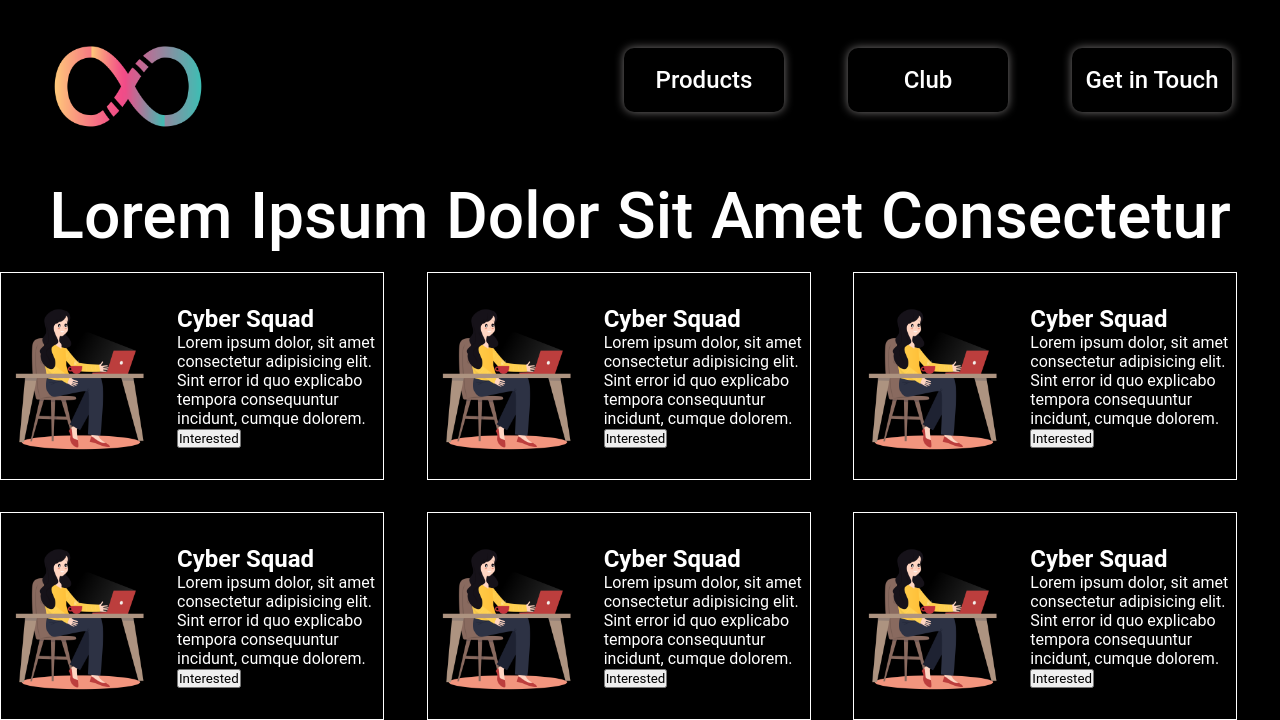
Repository: kapil4457/vizion-internship-project
Page: /
These files come from the project's save history. The page is drawn as it stood at one moment and after the next save; the edit follows.
The browser window is 1280 px wide. The pictures show the whole page.
The project was rebuilt for these pictures with package versions that can differ from the ones it lists, and the page was loaded fresh each time. Also part of the build but not shown: src/index.css.

Above is the page before, as saved 2022-10-29 10:06:53.

### public/index.html
<!DOCTYPE html>
<html lang="en">
  <head>
    <meta charset="utf-8" />
    <link rel="icon" href="%PUBLIC_URL%/favicon.ico" />
    <meta name="viewport" content="width=device-width, initial-scale=1" />
    <meta name="theme-color" content="#000000" />
    <meta
      name="description"
      content="Web site created using create-react-app"
    />
    <link rel="preconnect" href="https://fonts.googleapis.com">
    <link rel="apple-touch-icon" href="%PUBLIC_URL%/logo192.png" />
    <!--
      manifest.json provides metadata used when your web app is installed on a
      user's mobile device or desktop. See https://developers.google.com/web/fundamentals/web-app-manifest/
    -->
    <link rel="manifest" href="%PUBLIC_URL%/manifest.json" />
    <!--
      Notice the use of %PUBLIC_URL% in the tags above.
      It will be replaced with the URL of the `public` folder during the build.
      Only files inside the `public` folder can be referenced from the HTML.

      Unlike "/favicon.ico" or "favicon.ico", "%PUBLIC_URL%/favicon.ico" will
      work correctly both with client-side routing and a non-root public URL.
      Learn how to configure a non-root public URL by running `npm run build`.
    -->
    <title>React App</title>
  </head>
  <body>
    <noscript>You need to enable JavaScript to run this app.</noscript>
    <div id="root"></div>
    <!--
      This HTML file is a template.
      If you open it directly in the browser, you will see an empty page.

      You can add webfonts, meta tags, or analytics to this file.
      The build step will place the bundled scripts into the <body> tag.

      To begin the development, run `npm start` or `yarn start`.
      To create a production bundle, use `npm run build` or `yarn build`.
    -->
  </body>
</html>

### src/index.js
import React from 'react';
import ReactDOM from 'react-dom/client';
import './index.css';
import App from './App';
import reportWebVitals from './reportWebVitals';
import { BrowserRouter } from 'react-router-dom';
const root = ReactDOM.createRoot(document.getElementById('root'));
root.render(
  <BrowserRouter >
  <React.StrictMode>
    <App />
  </React.StrictMode>
  </BrowserRouter>
);

// If you want to start measuring performance in your app, pass a function
// to log results (for example: reportWebVitals(console.log))
// or send to an analytics endpoint. Learn more: https://bit.ly/CRA-vitals
reportWebVitals();

### src/App.js
import { Route, Routes } from 'react-router-dom';
import './App.css';
import Header from './components/Header/Header';
import Home from './components/Home/Home';

function App() {
  return (
   <>
<Header />
   <Routes>
<Route exact path='/' element={<Home />} />


   </Routes>



   </>
  );
}

export default App;

### src/App.css
*{
margin:0;
padding:0;
box-sizing: border-box;
font-family: 'Roboto', sans-serif;}

body{
  background-color: black;
  color : white;

}
a{
  text-decoration: none;;
  color:white;
}

.active{
  color:red;
}

### src/components/Header/Header.jsx
import React from "react";
import { NavLink } from "react-router-dom";
import Logo from "./logo.png";
import "./Header.css";
const Header = () => {
  return (
    <div className="main-header">
      <NavLink to="/" className="left-header">
        <img src={Logo} alt="" />
      </NavLink>
      <div className="right-header">
        <NavLink to="/products">Products</NavLink>
        <NavLink to="/club">Club</NavLink>
        <NavLink to="/contact">Get in Touch</NavLink>
      </div>
    </div>
  );
};

export default Header;

### src/components/Home/Home.jsx
import React from "react";
import { data } from "../../item";
import "./Home.css";
import HomeCard from "./HomeCard";
const Home = () => {
  return (
    <div className="main-home">
      <h2 className="heading">Lorem ipsum dolor sit amet consectetur</h2>

      <div className="home-card-container">
        {data.map((item, key) => (
          <HomeCard item={item} key={key} />
        ))}
      </div>
    </div>
  );
};

export default Home;

### src/components/Header/Header.css
.main-header{
    height:10rem;
    /* border:1px solid white */
    display:flex;
    justify-content: space-between;
    align-items: center;
    padding:0rem 3rem
}

.main-header > .left-header >img{
    height:10rem;

}

.main-header > .right-header
{
    display:flex;
    gap:4rem;
    font-size:1.5rem;
    font-weight:550
}

.main-header > .right-header>a{
    height:4rem;
    width:10rem;
    display:flex;
    justify-content: center;
   align-items: center;
   border-radius:10px;
   box-shadow: 0px 0px 10px rgba(243, 238, 238,0.5);
   transition: all 0.2s;
}
.main-header > .right-header>a:hover{

    box-shadow: 0px 0px 20px rgba(243, 238, 238,0.5);
    transform: scale(1.01);
   }

### src/item.js
export const data = [
    {
        title : "Cyber Squad",
        description : "Lorem ipsum dolor, sit amet consectetur adipisicing elit. Sint error id quo explicabo tempora consequuntur incidunt, cumque dolorem.        "
    },
    {
        title : "Cyber Squad",
        description : "Lorem ipsum dolor, sit amet consectetur adipisicing elit. Sint error id quo explicabo tempora consequuntur incidunt, cumque dolorem.        "
    },
    {
        title : "Cyber Squad",
        description : "Lorem ipsum dolor, sit amet consectetur adipisicing elit. Sint error id quo explicabo tempora consequuntur incidunt, cumque dolorem.        "
    },
    {
        title : "Cyber Squad",
        description : "Lorem ipsum dolor, sit amet consectetur adipisicing elit. Sint error id quo explicabo tempora consequuntur incidunt, cumque dolorem.        "
    },
    {
        title : "Cyber Squad",
        description : "Lorem ipsum dolor, sit amet consectetur adipisicing elit. Sint error id quo explicabo tempora consequuntur incidunt, cumque dolorem.        "
    },
    {
        title : "Cyber Squad",
        description : "Lorem ipsum dolor, sit amet consectetur adipisicing elit. Sint error id quo explicabo tempora consequuntur incidunt, cumque dolorem.        "
    }
]

### src/components/Home/Home.css
.main-home{
    color:white;
    width:100%;

}

.main-home > h2{
    width:100%;
    height:7rem;
    display: flex;
    justify-content: center;
    align-items:center;
    font-size:4rem;
    word-spacing: 0.1rem;
    font-weight:450;
    text-transform: capitalize;

}


.main-home > .home-card-container{
    display:grid;
    grid-template-columns: 1fr 1fr 1fr;
    row-gap: 2rem;


}

### src/components/Home/HomeCard.jsx
import React from "react";
import "./HomeCard.css";
import Image from "./cardImage.png";
const HomeCard = ({ item }) => {
  return (
    <div className="home-card">
      <img src={Image} alt="" />
      <div className="card-info">
        <h2>{item.title}</h2>
        <p>{item.description}</p>
        <button>Interested</button>
      </div>
    </div>
  );
};

export default HomeCard;

### src/components/Home/HomeCard.css
.home-card{
    width:90%;
    border:1px solid white;
    height:13rem;
    display:flex;
    gap:1rem;
    align-items: center;
}
.home-card>img{
    height:10rem;

}

Loaded but not shown: src/reportWebVitals.js (common file)

After the next save:
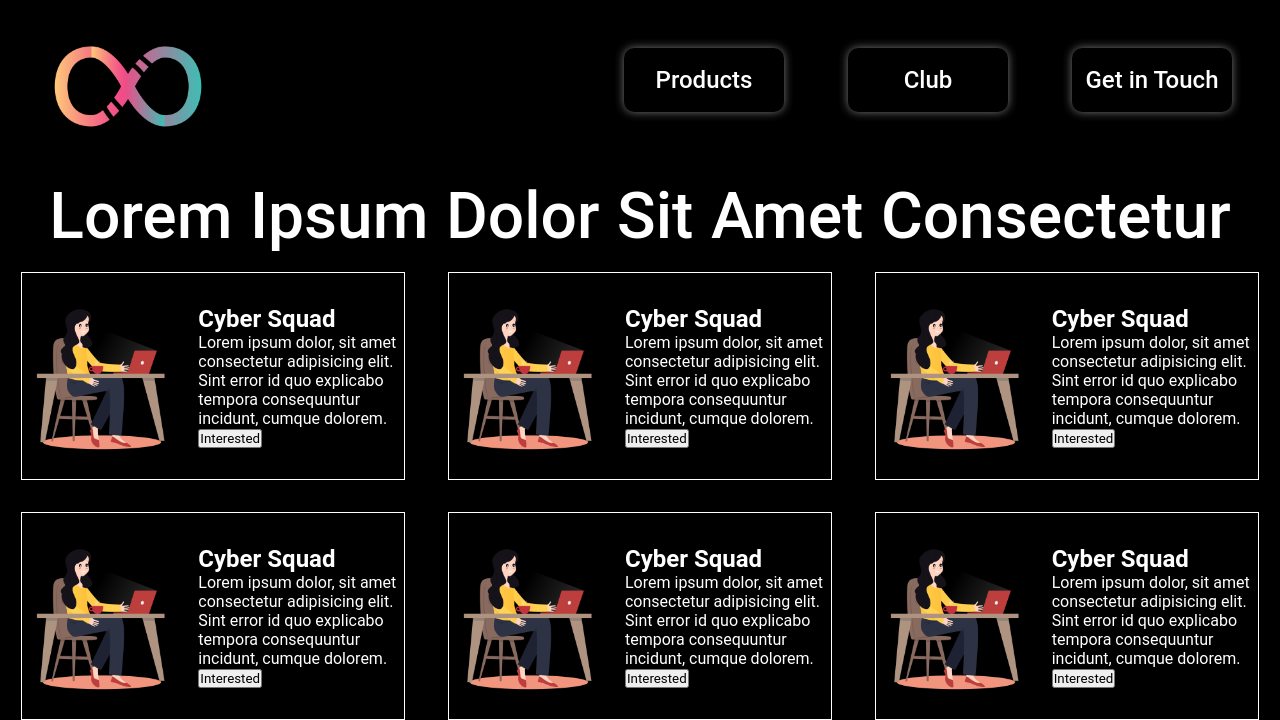
Saved 28 s later.
--- a/src/components/Home/Home.css
+++ b/src/components/Home/Home.css
@@ -22,6 +22,7 @@
     display:grid;
     grid-template-columns: 1fr 1fr 1fr;
     row-gap: 2rem;
+    place-items: center;
 
 
 }
